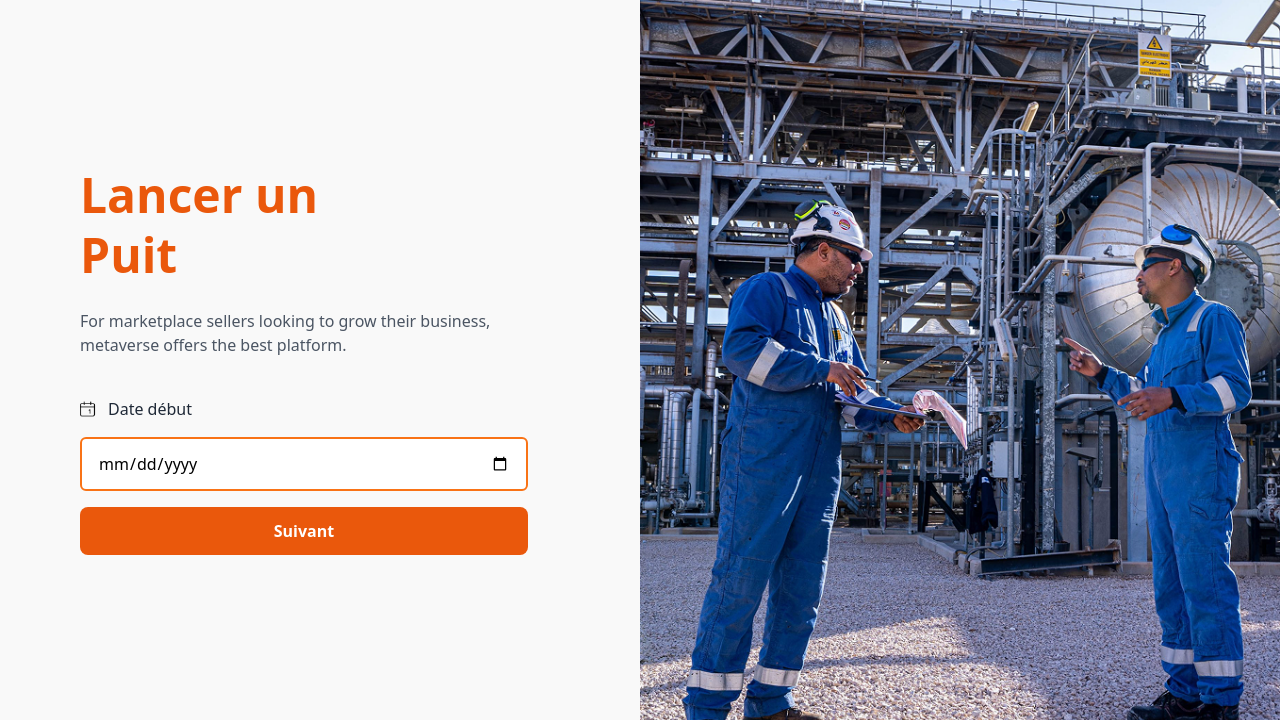
Repository: 123455675848484848484884848484/Projet_2cs
Page: /info-puit (app in front/)
These files come from the project's save history. The page is drawn as it stood at one moment and after the next save; the edit follows.
The browser window is 1280 px wide. The pictures show the whole page.
The project was rebuilt for these pictures with package versions that can differ from the ones it lists, and the page was loaded fresh each time. Also part of the build but not shown: front/src/App.css, front/src/Login.jsx.

Above is the page before, as saved 2025-04-23 17:59:39.

After the next save:
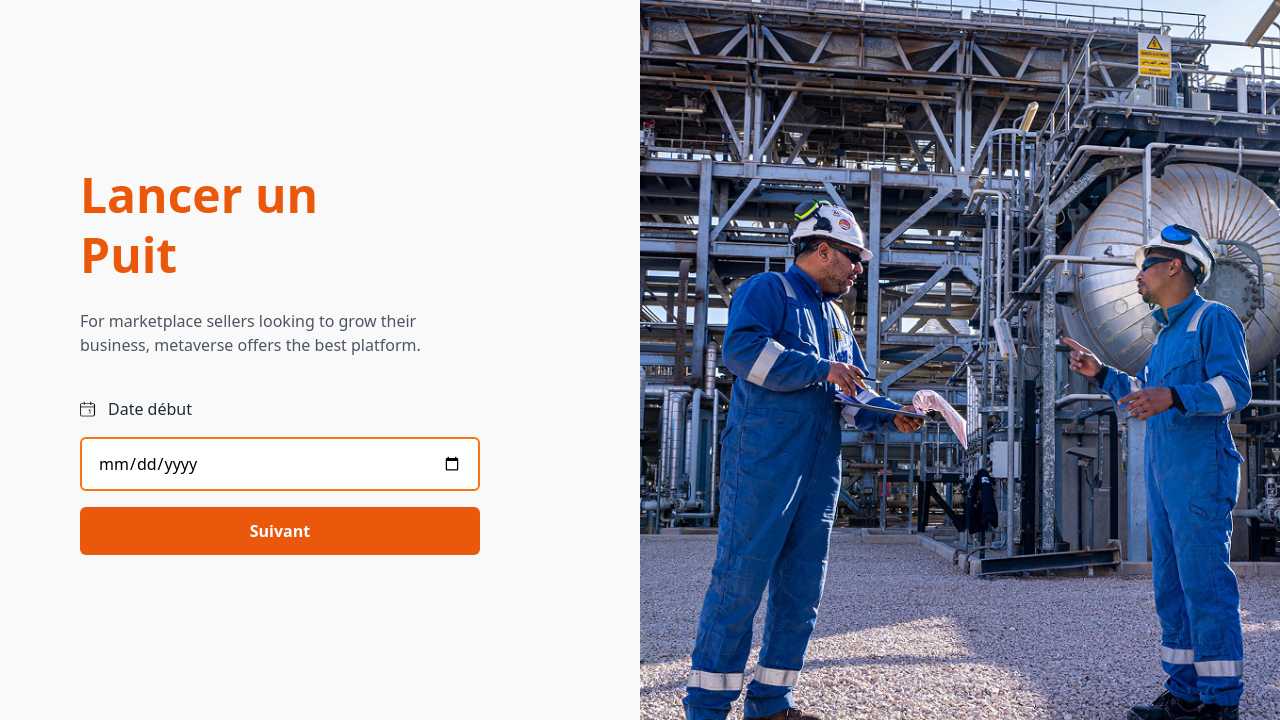
Saved 103 s later.
--- a/front/src/LancerPuit.jsx
+++ b/front/src/LancerPuit.jsx
@@ -10,10 +10,10 @@ const LancerPuit = () => {
 
   return (
     <div className="flex h-screen overflow-hidden">
-      {/* Partie gauche : formulaire */}
+      {/* Partie gauche */}
       <div className="w-1/2 bg-[#f9f9f9] flex flex-col justify-center px-20">
-        <div className="w-full max-w-md">
-          <h1 className="text-[48px] leading-tight font-bold text-orange-600">
+        <div className="w-full max-w-[400px]">
+          <h1 className="text-[48px] font-bold leading-tight text-orange-600">
             Lancer un <br /> Puit
           </h1>
 
@@ -21,35 +21,32 @@ const LancerPuit = () => {
             For marketplace sellers looking to grow their business, metaverse offers the best platform.
           </p>
 
-          <form onSubmit={handleSubmit} className="flex flex-col gap-6">
-            {/* Bloc label + input + bouton */}
-            <div className="flex flex-col gap-4">
-              {/* Label avec icône */}
-              <div className="flex items-center gap-2">
-                <img src="/date.png" alt="date icon" className="w-5 h-5" />
-                <label htmlFor="dateDebut" className="text-[16px] text-gray-800 font-medium">
-                  Date début
-                </label>
-              </div>
+          <form onSubmit={handleSubmit} className="flex flex-col gap-4">
+            {/* Label + icône */}
+            <div className="flex items-center gap-2">
+              <img src="/date.png" alt="date icon" className="w-5 h-5" />
+              <label htmlFor="dateDebut" className="text-[16px] font-medium text-gray-800">
+                Date début
+              </label>
+            </div>
 
-              {/* Champ input */}
-              <input
-                type="date"
-                id="dateDebut"
-                value={dateDebut}
-                onChange={(e) => setDateDebut(e.target.value)}
-                className="w-full border-2 border-orange-500 rounded-md px-4 py-3 placeholder-gray-400 focus:outline-none focus:ring-2 focus:ring-orange-600"
-                required
-              />
+            {/* Input */}
+            <input
+              type="date"
+              id="dateDebut"
+              value={dateDebut}
+              onChange={(e) => setDateDebut(e.target.value)}
+              className="w-full border-2 border-orange-500 rounded-md px-4 py-3 focus:outline-none focus:ring-2 focus:ring-orange-600"
+              required
+            />
 
-              {/* Bouton aligné à gauche */}
-              <button
-  type="submit"
-  className="w-full bg-orange-600 hover:bg-orange-700 text-white text-[16px] font-semibold py-3 rounded-[8px] transition"
->
-  Suivant
-</button>
-            </div>
+            {/* Bouton — largeur égale à input */}
+            <button
+              type="submit"
+              className="w-full bg-orange-600 hover:bg-orange-700 text-white text-[16px] font-semibold py-3 rounded-md transition"
+            >
+              Suivant
+            </button>
           </form>
         </div>
       </div>
